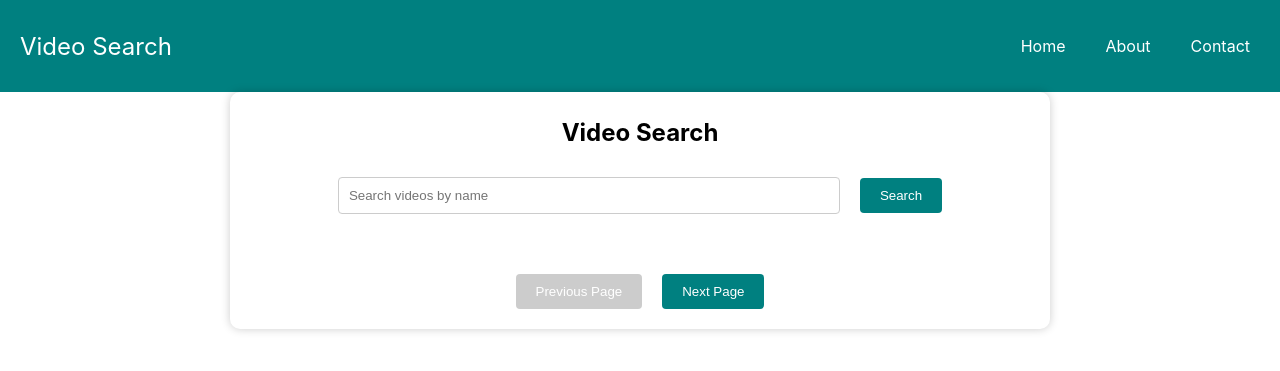
Repository: LolaSL/video-search
Page: /
An editor plug-in stored every save of this project. The page is shown before and after the next save, followed by the edit.
The browser window is 1280 px wide. The pictures show the whole page.
The project was rebuilt for these pictures with package versions that can differ from the ones it lists, and the page was loaded fresh each time.

Above is the page before, as saved 2023-08-12 14:29:52.

After the next save:
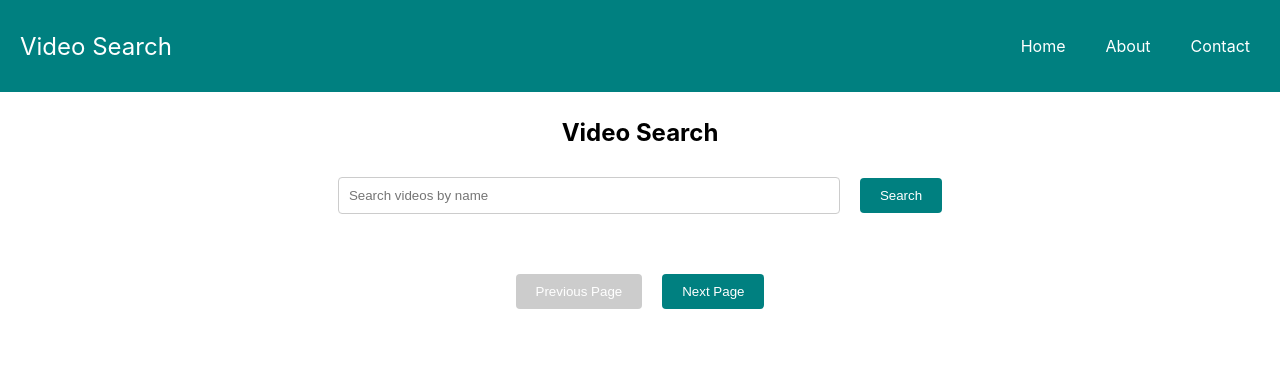
Saved 14 s later.
--- a/src/App.css
+++ b/src/App.css
@@ -21,8 +21,7 @@ input[type="text"] {
   max-width: 800px;
   margin: 0 auto;
   padding: 10px;
-  border-radius: 10px;
-  box-shadow: 0 0 10px rgba(0, 0, 0, 0.2);
+
   height: auto;
 }
 
